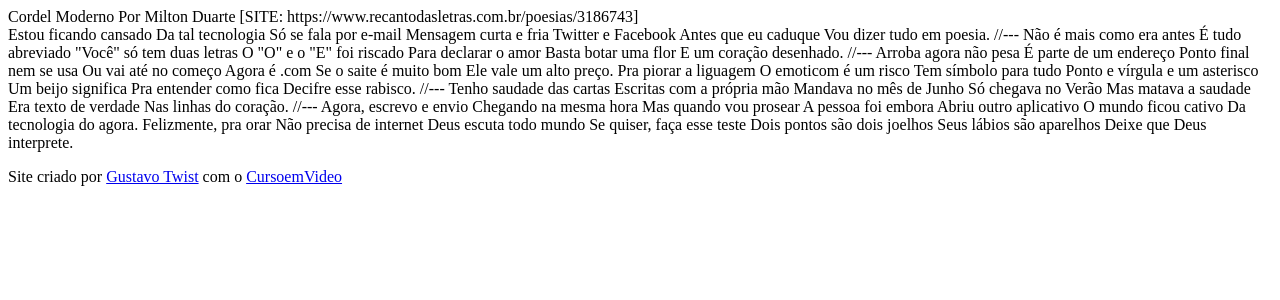
Repository: gustavotwist/projeto-cordel
Page: index.html
The author's editor kept a copy of each file at every save. The page is drawn from the files as they stood at one save, then again after the next save.
The browser window is 1280 px wide. The pictures show the whole page.

Above is the page before, as saved 2024-04-14 22:04:34.

### index.html
<!DOCTYPE html>
<html lang="pt-br">
<head>
    <meta charset="UTF-8">
    <meta name="viewport" content="width=device-width, initial-scale=1.0">
    <title>Cordel Moderno</title>
</head>
<body>
    <header>
        Cordel Moderno
        Por Milton Duarte
        [SITE: https://www.recantodasletras.com.br/poesias/3186743]
    </header>

    Estou ficando cansado
    Da tal tecnologia
    Só se fala por e-mail
    Mensagem curta e fria
    Twitter e Facebook
    Antes que eu caduque
    Vou dizer tudo em poesia.

    //---

    Não é mais como era antes
    É tudo abreviado
    "Você" só tem duas letras
    O "O" e o "E" foi riscado
    Para declarar o amor
    Basta botar uma flor
    E um coração desenhado.

    //---

    Arroba agora não pesa
    É parte de um endereço
    Ponto final nem se usa
    Ou vai até no começo
    Agora é .com
    Se o saite é muito bom
    Ele vale um alto preço.

    Pra piorar a liguagem
    O emoticom é um risco
    Tem símbolo para tudo
    Ponto e vírgula e um asterisco
    Um beijo significa
    Pra entender como fica
    Decifre esse rabisco.

    //---

    Tenho saudade das cartas
    Escritas com a própria mão
    Mandava no mês de Junho
    Só chegava no Verão
    Mas matava a saudade
    Era texto de verdade
    Nas linhas do coração.

    //---

    Agora, escrevo e envio
    Chegando na mesma hora
    Mas quando vou prosear
    A pessoa foi embora
    Abriu outro aplicativo
    O mundo ficou cativo
    Da tecnologia do agora.

    Felizmente, pra orar
    Não precisa de internet
    Deus escuta todo mundo
    Se quiser, faça esse teste
    Dois pontos são dois joelhos
    Seus lábios são aparelhos
    Deixe que Deus interprete.

    <footer>
        <p>Site criado por <a href="https://github.com/gustavotwist" target="_blank">Gustavo Twist</a> com o <a href="https://www.cursoemvideo.com" target="_blank">CursoemVideo</a></p>
    </footer>
</body>
</html>

After the next save:
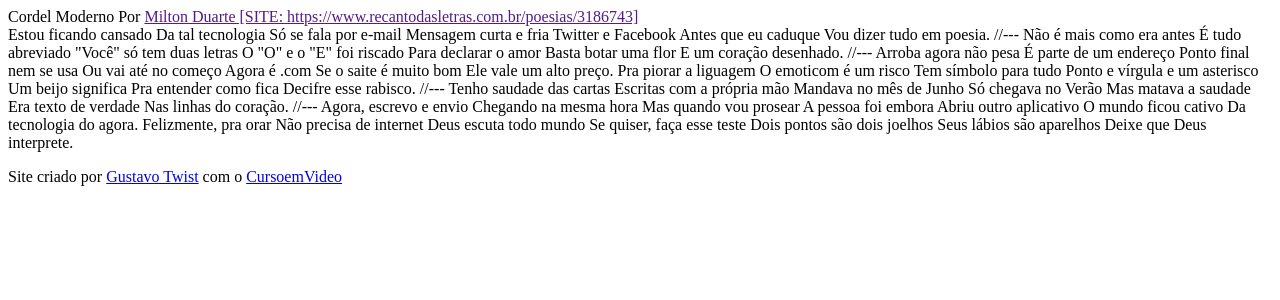
Saved 23 h 22 min later.
--- a/index.html
+++ b/index.html
@@ -8,8 +8,10 @@
 <body>
     <header>
         Cordel Moderno
-        Por Milton Duarte
-        [SITE: https://www.recantodasletras.com.br/poesias/3186743]
+        Por <a href="">
+            Milton Duarte
+            [SITE: https://www.recantodasletras.com.br/poesias/3186743]
+        </a>
     </header>
 
     Estou ficando cansado
